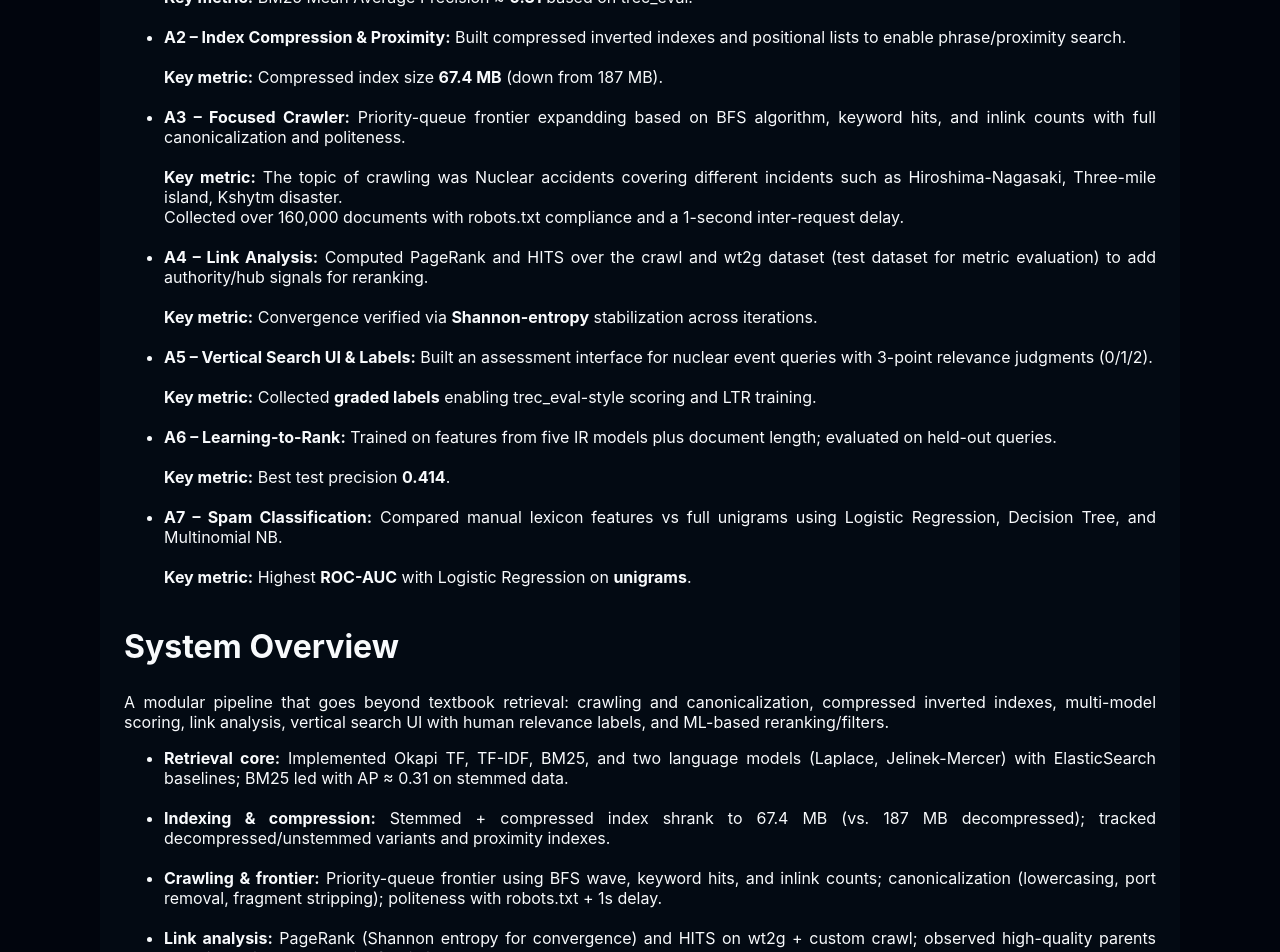
Repository: Abdulaziz-04/Abdulaziz-04.github.io
Page: deepdives/backend_systems/search_engine/search_engine.html
The author's editor kept a copy of each file at every save. The page is drawn from the files as they stood at one save, then again after the next save.
The browser window is 1280 px wide. The pictures show the part of the page from y = 1072 to 2024 px (the page is 4842 px tall before and 4822 px after).
A picture or video elsewhere on the page could not be fetched, so the positions and the page height are approximate.

Above is the page before, as saved 2025-11-21 18:05:25.

After the next save:
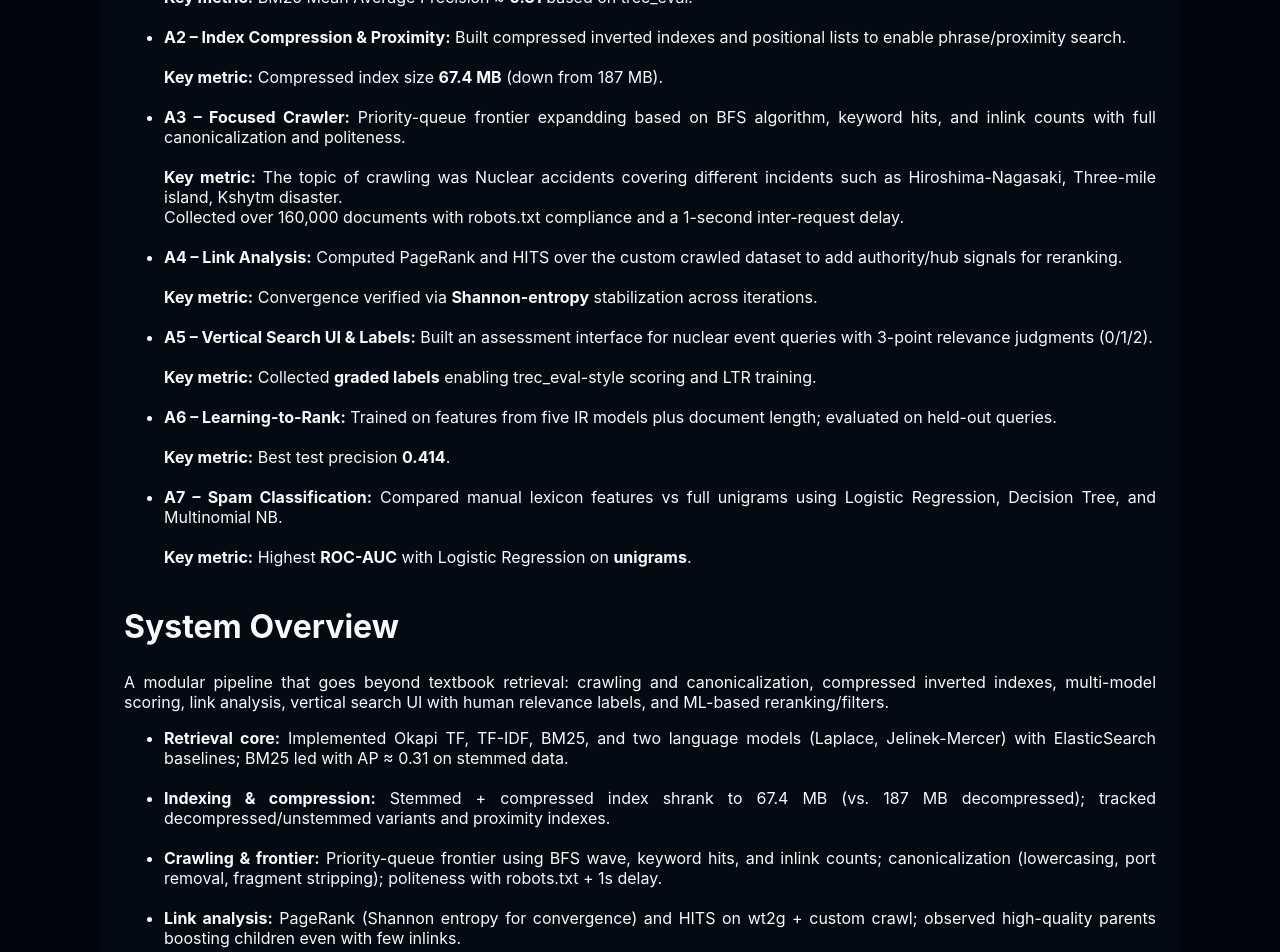
Saved 83 s later.
--- a/deepdives/backend_systems/search_engine/search_engine.html
+++ b/deepdives/backend_systems/search_engine/search_engine.html
@@ -108,8 +108,8 @@
           <br />
           <li>
             <strong>A4 – Link Analysis:</strong> Computed PageRank and HITS over
-            the crawl and wt2g dataset (test dataset for metric evaluation) to
-            add authority/hub signals for reranking. <br />
+            the custom crawled dataset to add authority/hub signals for
+            reranking. <br />
             <br />
             <b>Key metric:</b> Convergence verified via
             <b>Shannon-entropy</b> stabilization across iterations.

After the save that followed:
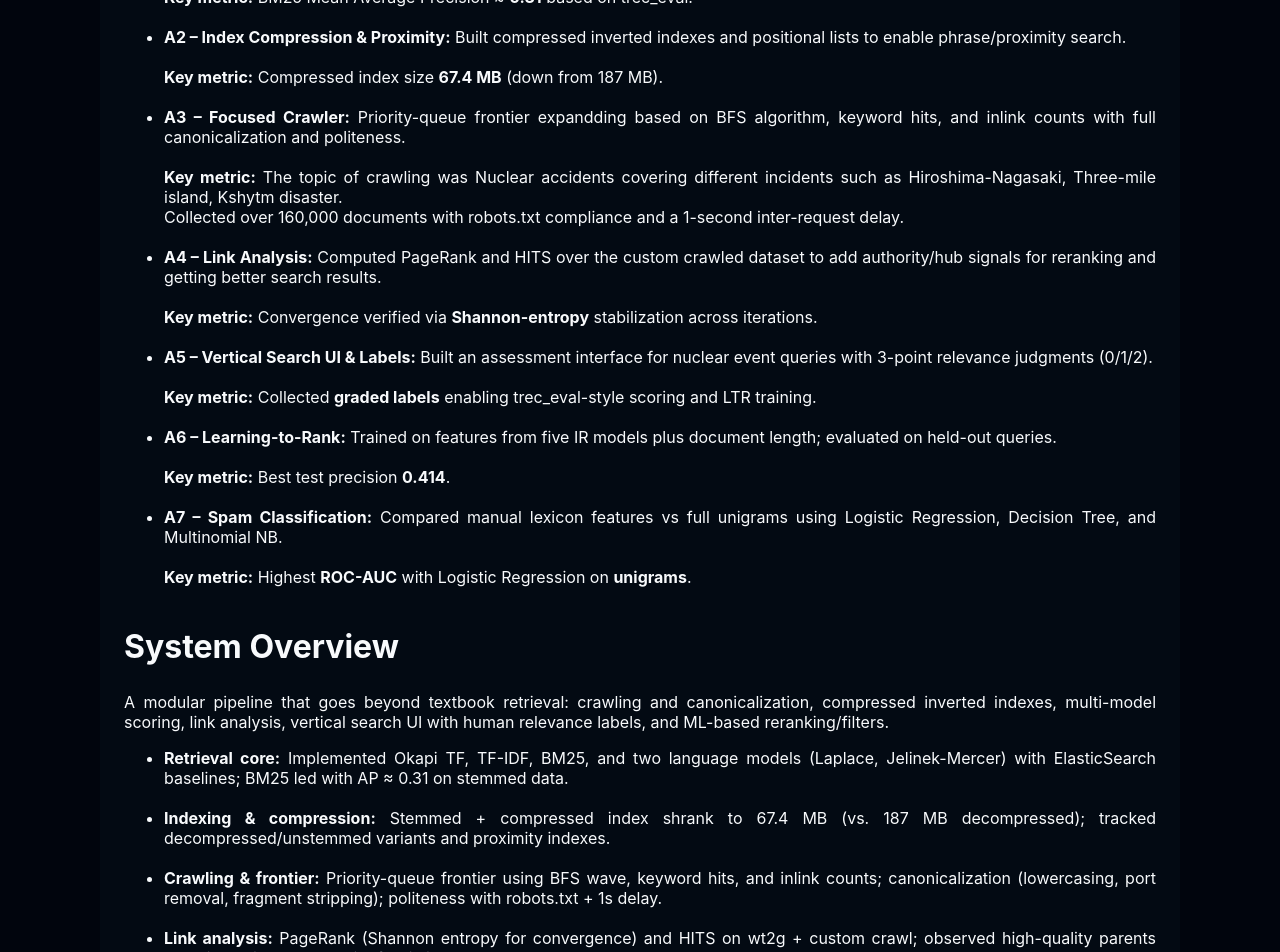
Saved 11 s later.
--- a/deepdives/backend_systems/search_engine/search_engine.html
+++ b/deepdives/backend_systems/search_engine/search_engine.html
@@ -109,7 +109,7 @@
           <li>
             <strong>A4 – Link Analysis:</strong> Computed PageRank and HITS over
             the custom crawled dataset to add authority/hub signals for
-            reranking. <br />
+            reranking and getting better search results. <br />
             <br />
             <b>Key metric:</b> Convergence verified via
             <b>Shannon-entropy</b> stabilization across iterations.
